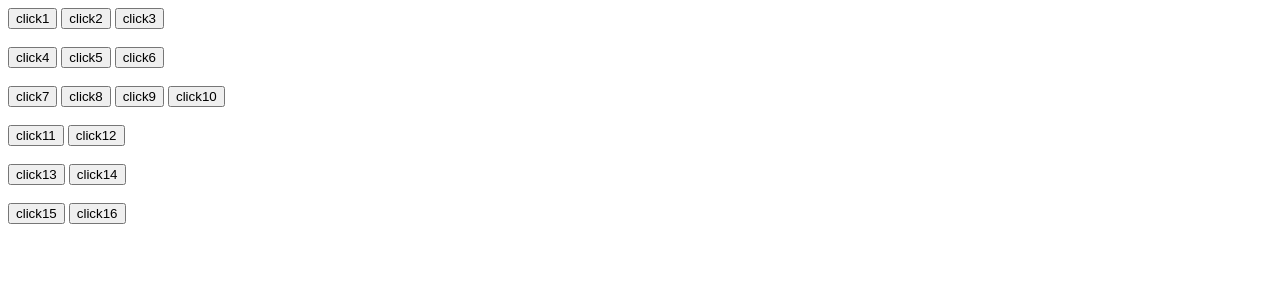
Repository: Jeong43/WebStudy
Page: JsonApp/WebContent/JsonTest07.html
An editor plug-in stored every save of this project. The page is shown before and after the next save, followed by the edit.
The browser window is 1280 px wide. The pictures show the whole page.

Above is the page before, as saved 2021-12-09 02:09:44.

After the next save:
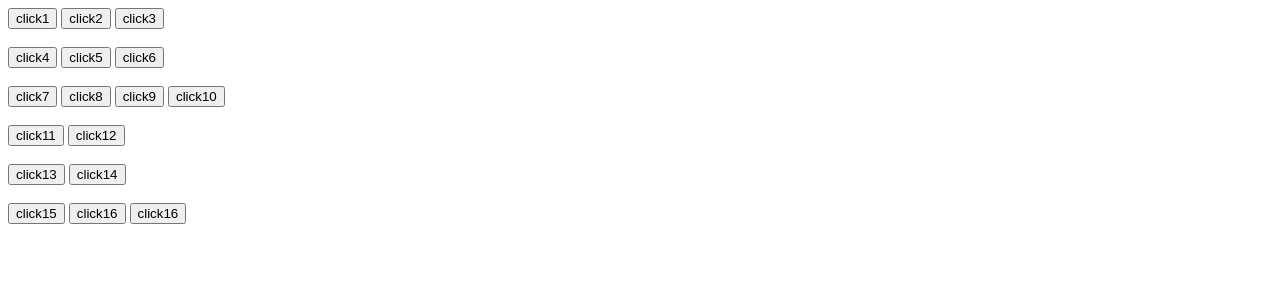
Saved 67 s later.
--- a/JsonApp/WebContent/JsonTest07.html
+++ b/JsonApp/WebContent/JsonTest07.html
@@ -84,6 +84,10 @@
 	<input type="button" value="click16" onclick="alert(typeof(myJsonObj7_1[0] + myJsonObj7_1[2]))" />
 	<!-- → string -->
 
+	<!-- check~!!! -->
+	<input type="button" value="click16" onclick="alert(myJsonObj7_2[3] + myJsonObj7_2[4])" />
+	<!-- 숫자 + 정의되지 않은 타입의 결합 -->
+
 
 </form>
 
